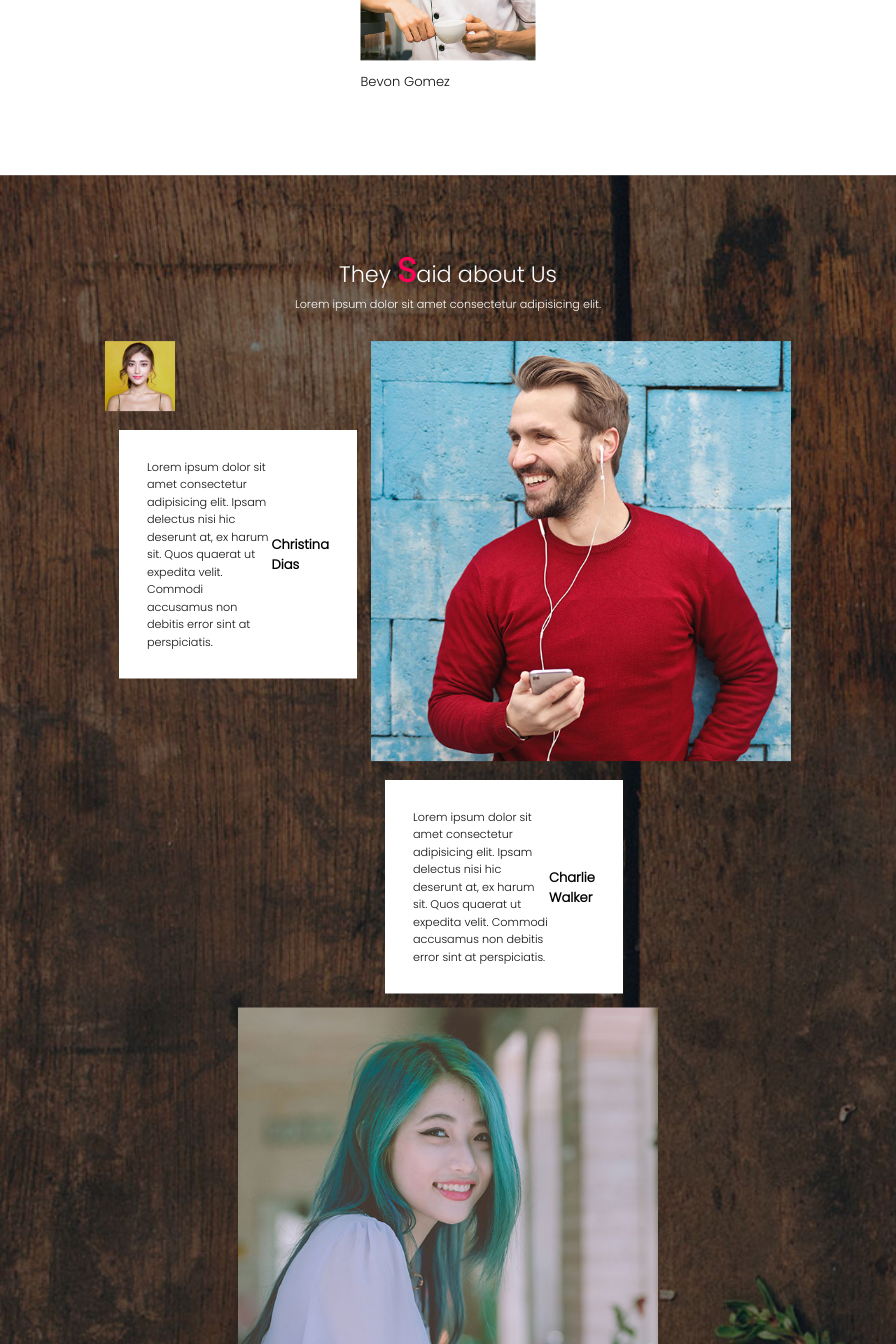
Repository: Adriandias1997/MobileFriendly_FoodWebsite
Page: index.html
The author's editor kept a copy of each file at every save. The page is drawn from the files as they stood at one save, then again after the next save.
The browser window is 1280 px wide. The pictures show the part of the page from y = 3776 to 5696 px (the page is 6267 px tall before and 6225 px after), at 70% of full size.

Above is the page before, as saved 2020-10-16 17:41:45.

### index.html
<!DOCTYPE html>
<html lang="en">

<head>
    <meta charset="UTF-8">
    <meta name="viewport" content="width=device-width, initial-scale=1.0">
    <title>Food</title>
    <link rel="stylesheet" href="style.css">
</head>

<body>
    <header>
        <a href="#" class="logo">Food <span>Corner</span></a>
        <ul class="navigation">
            <li><a href="#banner">Home</a></li>
            <li><a href="#about">About Us</a></li>
            <li><a href="#menu">Menu</a></li>
            <li><a href="#expert">Expert</a></li>
            <li><a href="#testimonials">Testimonials</a></li>
            <li><a href="#contact">Contact</a></li>
        </ul>

    </header>
    <section class="banner" id="banner">
        <div class="content">
            <h2>Always choose Good</h2>
            <p>Lorem ipsum dolor sit amet consectetur adipisicing elit. Ipsam delectus nisi hic deserunt at, ex harum sit. Quos quaerat ut expedita velit. Commodi accusamus non debitis error sint at perspiciatis.</p>

            <a href="#" class="btn">Our Menu</a>
        </div>
    </section>

    <section class="about" id="about">
        <div class="row">
            <div class="col50">
                <h2 class="titleText"><span>A</span>bout Us</h2>
                <p>Lorem ipsum dolor sit amet consectetur adipisicing elit. Dolorum vero quam, at fuga facilis maiores consequatur! Quibusdam possimus debitis sed alias, provident fuga voluptatem, tempora eligendi aliquid quaerat laudantium repellat. Lorem
                    ipsum dolor sit amet consectetur adipisicing elit. Dolorum vero quam, at fuga facilis maiores consequatur! Quibusdam possimus debitis sed alias, provident fuga voluptatem, tempora eligendi aliquid quaerat laudantium repellat. Lorem
                    ipsum dolor sit amet consectetur adipisicing elit. Dolorum vero quam, at fuga facilis maiores consequatur! Quibusdam possimus debitis sed alias, provident fuga voluptatem, tempora eligendi aliquid quaerat laudantium repellat.
                </p>
            </div>
            <div class="col50">
                <div class="imgBx">
                    <img src="./Images/img1.jpg" alt="">
                </div>
            </div>
        </div>
    </section>

    <section class="menu" id="menu">
        <div class="title">
            <h2 class="titleText">Our <span>M</span>enu</h2>
            <p>Lorem ipsum dolor sit amet consectetur adipisicing elit.
            </p>
        </div>
        <div class="content">
            <div class="box">
                <div class="imgBx">
                    <img src="Images/menu1.jpg" alt="">
                </div>
                <div class="text">
                    <h3>Special Salads</h3>
                </div>
            </div>
            <div class="box">
                <div class="imgBx">
                    <img src="Images/menu2.jpg" alt="">
                </div>
                <div class="text">
                    <h3>Special Soups</h3>
                </div>
            </div>
            <div class="box">
                <div class="imgBx">
                    <img src="Images/menu3.jpg" alt="">
                </div>
                <div class="text">
                    <h3>Special Pasta</h3>
                </div>
            </div>
            <div class="box">
                <div class="imgBx">
                    <img src="Images/menu4.jpg" alt="">
                </div>
                <div class="text">
                    <h3>Special Salads</h3>
                </div>
            </div>
            <div class="box">
                <div class="imgBx">
                    <img src="Images/menu5.jpg" alt="">
                </div>
                <div class="text">
                    <h3>Special Soups</h3>
                </div>
            </div>
            <div class="box">
                <div class="imgBx">
                    <img src="Images/menu6.jpg" alt="">
                </div>
                <div class="text">
                    <h3>Special Salads</h3>
                </div>
            </div>
        </div>
        <div class="title">
            <a href="#" class="btn">
                View All
            </a>
        </div>
    </section>
    <section class="expert" id="expert">
        <div class="title">
            <h2 class="titleText">Our Kitchen <span>E</span>xpert</h2>
            <p>Lorem ipsum dolor sit amet consectetur adipisicing elit.
            </p>
        </div>
        <div class="content">
            <div class="box">
                <div class="imgBx">
                    <img src="Images/expert1.jpg" alt="">
                </div>
                <div class="text">
                    <h3>Tyler Brook</h3>
                </div>
            </div>
            <div class="box">
                <div class="imgBx">
                    <img src="Images/expert2.jpg" alt="">
                </div>
                <div class="text">
                    <h3>Dino Blok</h3>
                </div>
            </div>
            <div class="box">
                <div class="imgBx">
                    <img src="Images/expert3.jpg" alt="">
                </div>
                <div class="text">
                    <h3>Melanie Sasha</h3>
                </div>
            </div>
            <div class="box">
                <div class="imgBx">
                    <img src="Images/expert4.jpg" alt="">
                </div>
                <div class="text">
                    <h3>Bevon Gomez</h3>
                </div>
            </div>
        </div>
    </section>

    <section class="testimonials" id="testimonials">
        <div class="title white">
            <h2 class="titleText">They <span>S</span>aid about Us</h2>
            <p>Lorem ipsum dolor sit amet consectetur adipisicing elit.
            </p>
        </div>
        <div class="content">
            <div class="box">

                <div class="imgBx">
                    <img src="Images/testi1.jpg" alt="">
                </div>
                <div class="text">
                    <p>Lorem ipsum dolor sit amet consectetur adipisicing elit. Ipsam delectus nisi hic deserunt at, ex harum sit. Quos quaerat ut expedita velit. Commodi accusamus non debitis error sint at perspiciatis.
                    </p>
                    <h3>Christina Dias</h3>
                </div>
            </div>
            <div class="box">

                <div class="imgBx">
                    <img src="Images/testi2.jpg" alt="">
                </div>
                <div class="text">
                    <p>Lorem ipsum dolor sit amet consectetur adipisicing elit. Ipsam delectus nisi hic deserunt at, ex harum sit. Quos quaerat ut expedita velit. Commodi accusamus non debitis error sint at perspiciatis.
                    </p>
                    <h3>Charlie Walker</h3>
                </div>
            </div>
            <div class="box">

                <div class="imgBx">
                    <img src="Images/testi3.jpg" alt="">
                </div>
                <div class="text">
                    <p>Lorem ipsum dolor sit amet consectetur adipisicing elit. Ipsam delectus nisi hic deserunt at, ex harum sit. Quos quaerat ut expedita velit. Commodi accusamus non debitis error sint at perspiciatis.
                    </p>
                    <h3>Maya Jensen</h3>
                </div>
            </div>
        </div>
    </section>
    <script src="index.js"></script>
</body>

</html>

### style.css
        @import url("https://fonts.googleapis.com/css2?family=Poppins:wght@300&display=swap");
        * {
            margin: 0;
            padding: 0;
            box-sizing: border-box;
            font-family: "Poppins", sans-serif;
            scroll-behavior: smooth;
        }

        p {
            font-weight: 300;
            color: #111;
        }
        /* body {
    min-height: 1000px;
} */

        .banner {
            position: relative;
            width: 100%;
            min-height: 100vh;
            display: flex;
            justify-content: center;
            align-items: center;
            background: url(./Images/bg.jpg);
            background-size: cover;
        }

        .banner .content {
            max-width: 900px;
            text-align: center;
        }

        .banner .content h2 {
            font-size: 5em;
            color: #fff;
        }

        .banner .content p {
            font-size: 1em;
            color: #fff;
        }

        .btn {
            font-size: 1em;
            color: #fff;
            background: #ff0157;
            display: inline-block;
            padding: 10px 30px;
            text-transform: uppercase;
            text-decoration: none;
            letter-spacing: 2px;
            transition: 0.5s;
        }

        .btn:hover {
            background-color: #fff;
            color: #ff0157;
            letter-spacing: 6px;
        }

        header {
            position: fixed;
            top: 0;
            left: 0;
            width: 100%;
            padding: 40px 100px;
            z-index: 10000;
            display: flex;
            justify-content: space-between;
            align-items: center;
            transition: 0.5s;
        }

        header.sticky {
            background: #fff;
            padding: 10px 100px;
            box-shadow: 0 5px 20px rgba(0, 0, 0, 0.05);
        }

        header .logo {
            color: #fff;
            font-weight: 700;
            text-decoration: none;
            font-size: 2em;
        }

        header.sticky .logo {
            color: #111;
        }

        header .logo span {
            color: #ff0157;
        }

        header .navigation {
            position: relative;
            display: flex;
        }

        header .navigation li {
            list-style: none;
            margin-left: 30px;
        }

        header .navigation li a {
            text-decoration: none;
            color: #fff;
            font-weight: 300;
        }

        header.sticky .navigation li a {
            color: #111;
            font-weight: 300;
        }

        header .navigation li a:hover {
            color: #ff0157;
        }

        section {
            padding: 100px;
        }

        .row {
            position: relative;
            width: 100%;
            display: flex;
            justify-content: space-between;
        }

        .row .col50 {
            position: relative;
            width: 48%;
        }

        .titleText {
            color: #111;
            font-size: 2em;
            font-weight: 400;
        }

        .titleText span {
            color: #ff0157;
            font-size: 1.5em;
            font-weight: 700;
        }

        .row .col50 .imgBx {
            position: relative;
            width: 100%;
            height: 100%;
            /* min-height: 300px; */
        }

        .row .col50 .imgBx img {
            position: relative;
            top: 0;
            left: 0;
            width: 100%;
            height: 100%;
            object-fit: cover;
        }

        .title {
            width: 100%;
            display: flex;
            justify-content: center;
            align-items: center;
            flex-direction: column;
        }

        .menu .content {
            display: flex;
            justify-content: center;
            flex-direction: row-reverse;
            flex-wrap: wrap;
            margin-top: 40px;
        }

        .menu .content .box {
            width: 340px;
            margin: 20px;
            border: 15px solid #fff;
            box-shadow: 0 5px 20px rgba(0, 0, 0, 0.08);
        }

        .menu .content .box .imgBx {
            position: relative;
            width: 100%;
            height: 300px;
        }

        .menu .content .box .imgBx img {
            position: absolute;
            top: 0;
            left: 0;
            width: 100%;
            height: 100%;
            object-fit: cover;
        }

        .menu .content .box .text {
            padding: 15px 0 5px;
        }

        .menu .content .box .text h3 {
            font-weight: 400;
            color: #111;
        }

        .expert .content {
            display: flex;
            justify-content: center;
            align-items: center;
            flex-wrap: wrap;
            flex-direction: row;
            margin-top: 40px;
        }

        .expert .content .box {
            width: 250px;
            margin: 15px;
        }

        .expert .content .box .imgBx {
            position: relative;
            width: 100%;
            height: 300px;
        }

        .expert .content .box .imgBx img {
            position: absolute;
            top: 0;
            left: 0;
            width: 100%;
            height: 100%;
            object-fit: cover;
        }

        .expert .content .box .text {
            padding: 15px 0 5px;
        }

        .expert .content .box .text h3 {
            font-weight: 400;
            color: #111;
        }

        .testimonials {
            background: url(./Images/bg2.jpg);
            background-size: cover;
        }

        .white .titleText,
        .white p {
            color: #fff;
        }

        .testimonials .content {
            display: flex;
            justify-content: center;
            flex-wrap: wrap;
            flex-direction: row;
            margin-top: 40px;
        }

        .testimonials .content .text {
            width: 340px;
            margin: 20px;
            padding: 40px;
            background: #fff;
            display: flex;
            justify-content: center;
            align-items: center;
        }

### index.js
window.addEventListener('scroll', function() {
    const header = document.querySelector('header');
    header.classList.toggle('sticky', window.scrollY > 0);
});

After the next save:
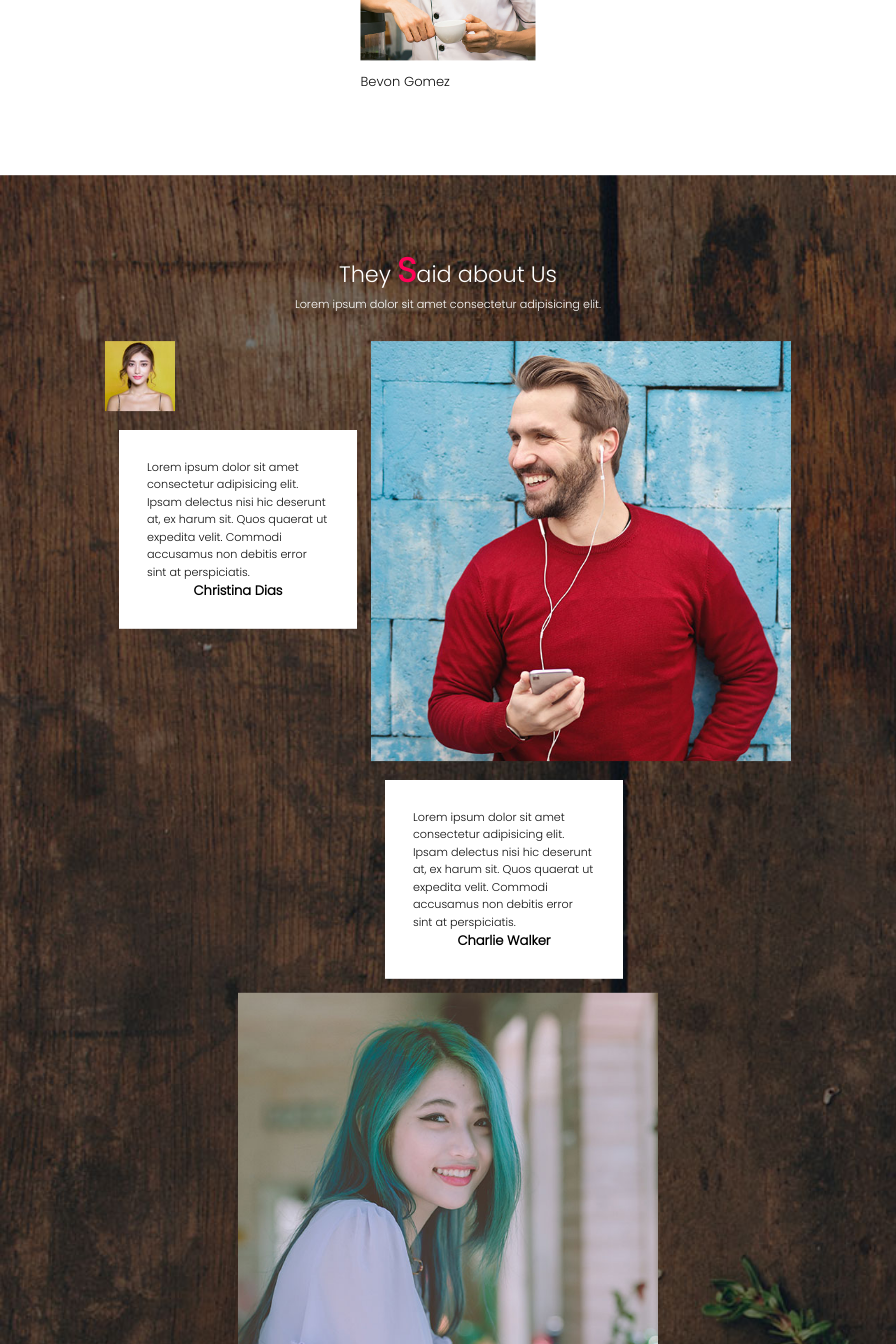
Saved 24 s later.
--- a/style.css
+++ b/style.css
@@ -273,4 +273,5 @@
             display: flex;
             justify-content: center;
             align-items: center;
-        }
+            flex-direction: column;
+        }
